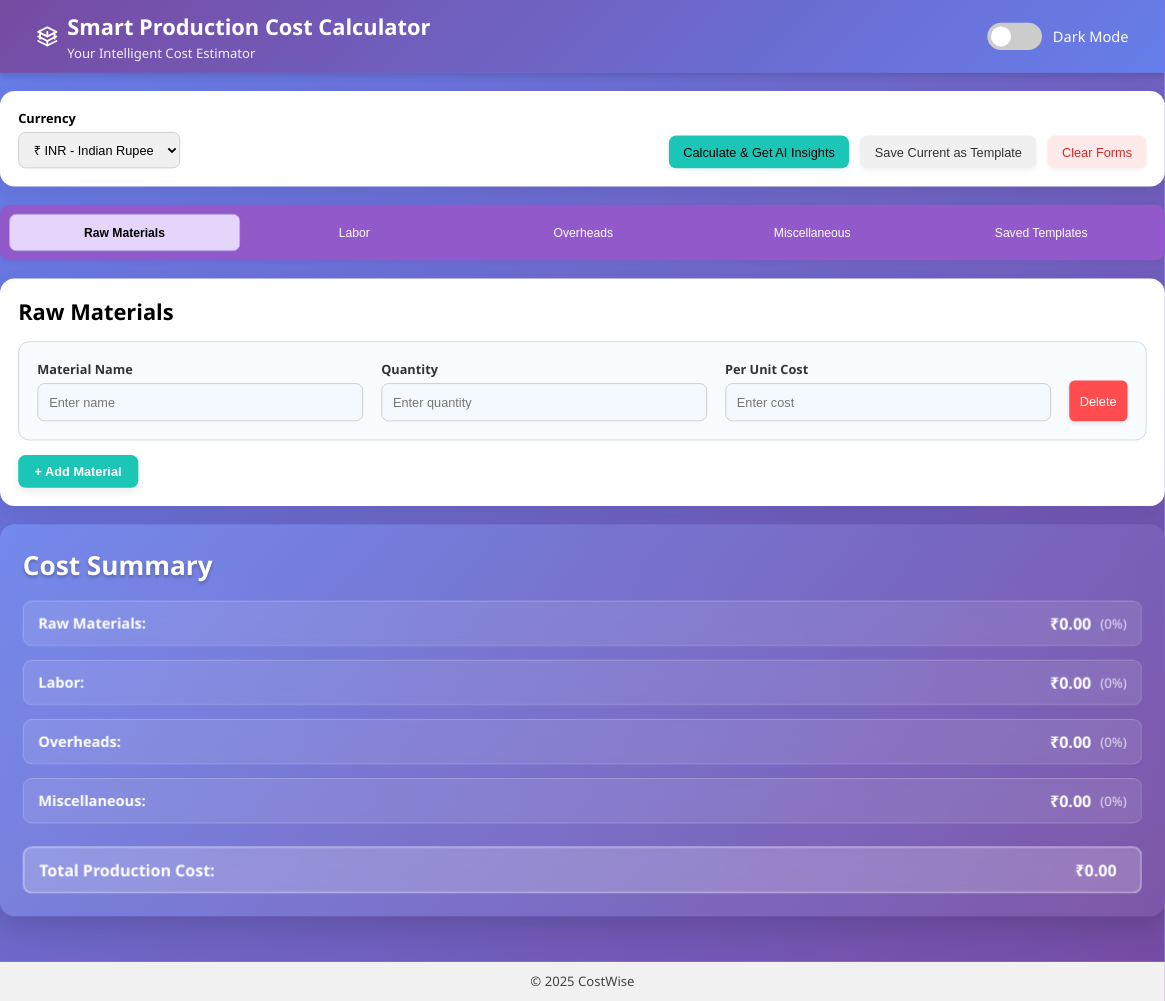
Repository: syntaxion25/COSTWISE
Page: index.html
The author's editor kept a copy of each file at every save. The page is drawn from the files as they stood at one save, then again after the next save.
The browser window is 1280 px wide. The pictures show the whole page, at 91% of full size.

Above is the page before, as saved 2025-06-13 20:41:40.
Console error: ReferenceError: savedTemplates is not defined

### index.html
<!DOCTYPE html>
<html lang="en">

<head>
    <meta charset="UTF-8" />
    <meta name="viewport" content="width=device-width, initial-scale=1.0" />
    <title>CostWise</title>
    <link rel="stylesheet" href="style.css" />
</head>

<body>
    <header>
        <div class="container">
            <div class="header-left">
                <svg xmlns="http://www.w3.org/2000/svg" viewBox="0 0 24 24" fill="none" stroke="currentColor"
                    stroke-width="2" stroke-linecap="round" stroke-linejoin="round" class="h-10 w-10 text-primary">
                    <path d="M12 2L2 7l10 5 10-5-10-5z"></path>
                    <path d="M2 17l10 5 10-5"></path>
                    <path d="M2 12l10 5 10-5"></path>
                    <line x1="12" y1="22" x2="12" y2="17"></line>
                    <line x1="12" y1="12" x2="12" y2="7"></line>
                    <line x1="20" y1="14.5" x2="20" y2="9.5"></line>
                    <line x1="4" y1="14.5" x2="4" y2="9.5"></line>
                </svg>
                <div>
                    <h1>Smart Production Cost Calculator</h1>
                    <p class="slogan">Your Intelligent Cost Estimator</p>
                </div>
            </div>
            <div class="header-right">
                <div class="toggle-container">
                    <label class="switch">
                        <input type="checkbox" id="nightToggle">
                        <span class="slider"></span>
                    </label>
                    <span class="label-text">Dark Mode</span>
                </div>
            </div>
        </div>
    </header>


    <main>
        <div class="card-container">
            <div class="card-header">
                <div class="currency-select">
                    <label for="currency">Currency</label>
                    <select id="currency">
                        <option value="INR">₹ INR - Indian Rupee</option>
                        <option value="EUR">€ EUR - Euro</option>
                        <option value="USD">$ USD - US Dollar</option>
                    </select>
                </div>
                <div class="button-group">
                    <button onclick="calculateAI()" class="btn primary">Calculate & Get AI Insights</button>
                    <button onclick="openSaveModal()" class="btn secondary">Save Current as Template</button>
                    <button onclick="clearForms()" class="btn danger">Clear Forms</button>
                </div>
            </div>
        </div>

        <div class="tab-wrapper">
            <div class="tab-container">
                <button class="tab" data-tab="materials_parent">Raw Materials</button>
                <button class="tab" data-tab="labor_parent">Labor</button>
                <button class="tab" data-tab="overheads_parent">Overheads</button>
                <button class="tab" data-tab="tab4">Miscellaneous</button>
                <button class="tab" data-tab="tab5">Saved Templates</button>
            </div>
        </div>

        <!-- Raw Materials -->
        <div id="materials_parent" class="raw-materials-card">
            <h2>Raw Materials</h2>
            <div class="outlined-wrapper material-block">
                <div class="material-inputs-labeled">
                    <div class="input-group">
                        <label>Material Name</label>
                        <input type="text" placeholder="Enter name" id="material_name" class="material-name" />
                    </div>
                    <div class="input-group">
                        <label>Quantity</label>
                        <input type="number" placeholder="Enter quantity" id="material_quantity"
                            class="material-quantity" />
                    </div>
                    <div class="input-group">
                        <label>Per Unit Cost</label>
                        <input type="number" placeholder="Enter cost" id="material_cost" class="material-cost" />
                    </div>
                    <button onclick="deleteElement(this)" class="delete-btn">Delete</button>
                </div>
            </div>
            <button onclick="createMaterialElement()" class="addbutton">+ Add Material</button>
        </div>

        <!-- Labor -->
        <div id="labor_parent" class="raw-materials-card">
            <h2>Labor Costs</h2>
            <div class="outlined-wrapper labor-block">
                <div class="material-inputs-labeled">
                    <div class="input-group">
                        <label>Hours Worked</label>
                        <input type="number" placeholder="Enter number of hours" id="labor_hours" class="labor-hours" />
                    </div>
                    <div class="input-group">
                        <label>Labor Cost</label>
                        <input type="number" placeholder="Enter the cost of labor" id="labor_cost" class="labor-cost" />
                    </div>
                    <button onclick="deleteElement(this)" class="delete-btn">Delete</button>
                </div>
            </div>
            <button onclick="createLaborElement()" class="addbutton">+ Add Labor</button>
        </div>

        <!-- Overheads -->
        <div id="overheads_parent" class="raw-materials-card">
            <h2>Overheads Costs</h2>
            <div class="outlined-wrapper overhead-block">
                <div class="material-inputs-labeled">
                    <div class="input-group">
                        <label>Expense name</label>
                        <input type="text" placeholder="e.g, electricity, rent" id="overhead_name"
                            class="overhead-name" />
                    </div>
                    <div class="input-group">
                        <label>Quantity/Units</label>
                        <input type="number" placeholder="Enter the quantity" id="overhead_hours"
                            class="overhead-hours" />
                    </div>
                    <div class="input-group">
                        <label>Cost</label>
                        <input type="number" placeholder="Enter the service cost" id="overhead_cost"
                            class="overhead-cost" />
                    </div>
                    <button onclick="deleteElement(this)" class="delete-btn">Delete</button>
                </div>
            </div>
            <button onclick="createOverheadsElement()" class="addbutton">+ Add Overhead</button>
        </div>

        <!-- Miscellaneous -->
        <div id="miscellaneous_parent" class="raw-materials-card">
            <h2>Miscellaneous Costs</h2>
            <div class="outlined-wrapper miscellaneous-block">
                <div class="material-inputs-labeled">
                    <div class="input-group">
                        <label>Total Miscellaneous Costs</label>
                        <input type="number" placeholder="Enter total miscellaneous costs" id="miscellaneous_costs"
                            class="miscellaneous-costs" />
                    </div>
                </div>
            </div>
        </div>

        <!-- Saved Templates -->
        <div id="saved_templates" class="raw-materials-card">
            <h2>Saved Templates</h2>
            <div class="outlined-wrapper saved-templates-block">
                <div class="template-list">
                    <p class="no-templates">No saved templates yet. Create and save a template to see it here.</p>
                </div>
            </div>
        </div>
    </main>

    <footer>
        <p>&copy; 2025 CostWise</p>
    </footer>

    <script src="app.js"></script>
</body>

</html>

### style.css
* {
  margin: 0;
  padding: 0;
  box-sizing: border-box;

}

body {
  font-family: 'Segoe UI', sans-serif;
  background-color: #f8fbff;
  padding-top: 80px;
  /* space for fixed header */
  background: linear-gradient(135deg, #667eea 0%, #764ba2 100%);
}

header {
  position: fixed;
  top: 0;
  width: 100%;
  background: linear-gradient(135deg, #764ba2 0%, #667eea 100%);
  color: white;
  padding: 12px 20px;
  box-shadow: 0 3px 8px rgba(0, 0, 0, 0.15);
  z-index: 1000;
}

.container {
  display: flex;
  justify-content: space-between;
  align-items: center;
  max-width: 1200px;
  margin: 0 auto;
}

.header-left {
  display: flex;
  align-items: center;
  gap: 10px;
}

.logo {
  width: 32px;
  height: 32px;
  stroke: white;
}

.header-left h1 {
  margin: 0;
  font-size: 1.5rem;
  font-weight: 600;
}

.header-right p {
  margin: 0;
  font-size: 0.9rem;
  opacity: 0.9;
  text-align: right;
}

@media (max-width: 600px) {
  .container {
    flex-direction: column;
    align-items: flex-start;
    gap: 8px;
  }

  .header-right p {
    text-align: left;
  }
}

footer {
  margin-top: 50px;
  text-align: center;
  padding: 12px;
  background-color: #f1f1f1;
  font-size: 0.9rem;
  color: #444;
}

/* Card Styles */
.card-container {
  background: #fff;
  padding: 20px;
  margin: 20px auto;
  border-radius: 16px;
  box-shadow: 0 8px 24px rgba(0, 0, 0, 0.08);
  max-width: 1400px;
}

/* Cost Summary Card */
.cost-summary-card {
  background: linear-gradient(135deg, #667eea 0%, #764ba2 100%);
  color: white;
  padding: 25px;
  margin: 20px auto;
  border-radius: 16px;
  box-shadow: 0 12px 32px rgba(0, 0, 0, 0.15);
  max-width: 1400px;
  position: relative;
  overflow: hidden;
}

.cost-summary-card::before {
  content: '';
  position: absolute;
  top: 0;
  left: 0;
  right: 0;
  bottom: 0;
  background: linear-gradient(45deg, rgba(255, 255, 255, 0.1) 0%, rgba(255, 255, 255, 0.05) 100%);
  pointer-events: none;
}

.cost-summary-card h2 {
  margin-bottom: 20px;
  font-size: 1.8rem;
  font-weight: 700;
  text-shadow: 0 2px 4px rgba(0, 0, 0, 0.3);
}

.cost-breakdown {
  display: flex;
  flex-direction: column;
  gap: 15px;
}

.cost-item {
  display: flex;
  justify-content: space-between;
  align-items: center;
  padding: 12px 16px;
  background: rgba(255, 255, 255, 0.1);
  border-radius: 10px;
  backdrop-filter: blur(10px);
  border: 1px solid rgba(255, 255, 255, 0.2);
  transition: all 0.3s ease;
}

.cost-item:hover {
  background: rgba(255, 255, 255, 0.15);
  transform: translateY(-2px);
}

.cost-item.total-cost {
  background: rgba(255, 255, 255, 0.2);
  border: 2px solid rgba(255, 255, 255, 0.3);
  font-weight: 700;
  font-size: 1.1rem;
  margin-top: 10px;
}

.cost-label {
  font-weight: 600;
  flex: 1;
}

.cost-value {
  font-weight: 700;
  font-size: 1.1rem;
  margin-right: 10px;
}

.cost-percentage {
  font-size: 0.9rem;
  opacity: 0.8;
  font-weight: 500;
}

.card-header {
  display: flex;
  flex-wrap: wrap;
  justify-content: space-between;
  align-items: flex-end;
  gap: 20px;
}

/* Currency Dropdown */
.currency-select label {
  display: block;
  font-weight: 600;
  margin-bottom: 6px;
  font-size: 14px;
}

.currency-select select {
  padding: 10px 12px;
  font-size: 14px;
  border: 1px solid #ccc;
  border-radius: 8px;
  background-color: #f0f0f0;
  transition: all 0.2s ease-in-out;
}

.currency-select select:hover {
  border-color: #00ddff;
  background-color: #fff;
  box-shadow: 0 0 4px rgba(28, 198, 182, 0.3);
}

/* Buttons */
.button-group {
  display: flex;
  gap: 12px;
  flex-wrap: wrap;
}

.btn {
  padding: 10px 16px;
  font-size: 14px;
  font-weight: 500;
  border: none;
  border-radius: 8px;
  cursor: pointer;
  transition: all 0.2s ease-in-out;
  box-shadow: 0 2px 6px rgba(0, 0, 0, 0.05);
}

.btn:hover {
  transform: translateY(-2px);
  box-shadow: 0 4px 12px rgba(0, 0, 0, 0.1);
}

.btn.primary {
  background-color: #1cc6b6;
  color: rgb(0, 0, 0);
}

.btn.primary:hover {
  background-color: #00ddff;
}

.btn.secondary {
  background-color: #f0f0f0;
  color: #333;
}

.btn.secondary:hover {
  background-color: #e0e0e0;
}

.btn.danger {
  background-color: #ffeaea;
  color: #d62828;
}

.btn.danger:hover {
  background-color: #ffcccc;
}

svg {
  width: 24px;
  height: 24px;
}

.tab-wrapper {
  max-width: 1400px;
  margin: 20px auto;
}

.tab-container {
  display: flex;
  background-color: #9159c9;
  border-radius: 10px;
  padding: 10px;
  overflow-x: auto;
  box-shadow: 0 2px 8px rgba(0, 0, 0, 0.05);
}

.tab {
  flex: 1;
  background-color: #9159c9;
  padding: 12px 16px;
  text-align: center;
  color: #ffffff;
  font-weight: 500;
  text-decoration: none;
  transition: background-color 0.3s, font-weight 0.3s;
  white-space: nowrap;
  border: none;
}

.tab:hover {
  background-color: #c870e6;
  border-radius: 8px;
}

.tab.active {
  background-color: #e5d5fb;
  font-weight: bold;
  border: 1.5px solid #afa4de;
  color: black;
  border-radius: 8px;
}

.tab.saved-template::before {
  content: "📁";
  margin-right: 6px;
}

.raw-materials-card {
  background: #fff;
  padding: 20px;
  margin: 20px auto;
  width: auto;
  border-radius: 16px;
  box-shadow: 0 8px 24px rgba(0, 0, 0, 0.08);
  max-width: 1400px;
  /* display: none; */
}

.outlined-wrapper {
  border: 1.5px solid #cbd5e1;
  border-radius: 12px;
  padding: 20px;
  margin-top: 16px;
  background-color: #f9fcff;
}

.material-inputs-labeled {
  display: flex;
  gap: 20px;
  flex-wrap: wrap;
}

.input-group {
  display: flex;
  flex-direction: column;
  flex: 1;
  min-width: 200px;
}

.input-group label {
  font-weight: 600;
  margin-bottom: 6px;
  font-size: 14px;
  color: #333;
}

.input-group input {
  padding: 12px;
  border: 1px solid #ccc;
  border-radius: 8px;
  font-size: 14px;
  background-color: #f4f9ff;
  transition: border-color 0.3s, background-color 0.3s;
}

.input-group input:focus {
  border-color: #007bff;
  background-color: #fff;
  outline: none;
}

.addbutton {
  margin-top: 16px;
  padding: 10px 18px;
  font-size: 14px;
  font-weight: 600;
  color: #fff;
  background-color: #1cc6b6;
  border: none;
  border-radius: 8px;
  cursor: pointer;
  transition: background-color 0.3s ease, transform 0.2s;
  box-shadow: 0 4px 10px rgba(0, 0, 0, 0.08);
}

.addbutton:hover {
  background-color: #00bfa6;
  transform: translateY(-2px);
}

.delete-btn {
  background-color: #ff4d4f;
  color: white;
  border: none;
  border-radius: 6px;
  padding: 8px 12px;
  font-size: 14px;
  cursor: pointer;
  transition: background-color 0.2s ease, transform 0.2s;
  margin-top: 22px;
  box-shadow: 0 2px 6px rgba(0, 0, 0, 0.1);
}

.delete-btn:hover {
  background-color: #e60000;
  transform: scale(1.05);
}

/* ========== NIGHT MODE ========== */
body.dark-mode {
  background-color: #121212;
  color: #e0e0e0;
}

body.dark-mode header {
  background-color: #1f1f1f;
  color: white;
}

body.dark-mode .logo {
  stroke: white;
}

body.dark-mode footer {
  background-color: #1f1f1f;
  color: #ccc;
}

body.dark-mode .card-container,
body.dark-mode .raw-materials-card,
body.dark-mode .outlined-wrapper {
  background-color: #1e1e1e;
  border-color: #333;
  color: #e0e0e0;
}

body.dark-mode .cost-summary-card {
  background: linear-gradient(135deg, #2d3748 0%, #4a5568 100%);
  color: #e2e8f0;
}

body.dark-mode .cost-item {
  background: rgba(255, 255, 255, 0.05);
  border: 1px solid rgba(255, 255, 255, 0.1);
}

body.dark-mode .cost-item:hover {
  background: rgba(255, 255, 255, 0.1);
}

body.dark-mode .cost-item.total-cost {
  background: rgba(255, 255, 255, 0.1);
  border: 2px solid rgba(255, 255, 255, 0.2);
}

body.dark-mode .tab-container {
  background-color: #2c2c2c;
}

body.dark-mode .tab {
  background-color: #2c2c2c;
  color: #a0c4ff;
}

body.dark-mode .tab:hover {
  background-color: #444;
}

body.dark-mode .tab.active {
  background-color: #333;
  border-color: #555;
}

body.dark-mode input,
body.dark-mode select {
  background-color: #2c2c2c;
  color: #f0f0f0;
  border: 1px solid #555;
}

body.dark-mode input::placeholder,
body.dark-mode select::placeholder {
  color: #aaa;
}


body.dark-mode .btn,
body.dark-mode .addbutton {
  background-color: #333;
  color: #fff;
  border-color: #444;
}

body.dark-mode .btn.primary {
  background-color: #007bff;
  color: white;
}

body.dark-mode .btn.secondary {
  background-color: #444;
  color: #fff;
}

body.dark-mode .btn.danger {
  background-color: #a32020;
  color: white;
}

body.dark-mode .delete-btn {
  background-color: #cc0000;
}

body.dark-mode .delete-btn:hover {
  background-color: #ff1a1a;
}

.tab-content {
  display: none;
  max-width: 1400px;
  margin: 20px auto;
}

.tab-content.active {
  display: block;
}

.theme-toggle-wrapper {
  position: fixed;
  top: 16px;
  right: 16px;
  z-index: 1001;
}

.dark-toggle {
  font-size: 1.2rem;
  background: none;
  border: none;
  color: white;
  cursor: pointer;
}

.toggle-container {
  display: flex;
  align-items: center;
  gap: 12px;
}

.switch {
  position: relative;
  display: inline-block;
  width: 60px;
  height: 30px;
}

.switch input {
  opacity: 0;
  width: 0;
  height: 0;
}

.slider {
  position: absolute;
  top: 0;
  left: 0;
  right: 0;
  bottom: 0;
  background-color: #ccc;
  border-radius: 34px;
  transition: background-color 0.4s;
  cursor: pointer;
}

.slider::before {
  content: "";
  position: absolute;
  height: 22px;
  width: 22px;
  left: 4px;
  bottom: 4px;
  background-color: white;
  border-radius: 50%;
  transition: transform 0.4s;
}

/* Toggle ON */
input:checked+.slider {
  background-color: #4a4a4a;
}

input:checked+.slider::before {
  transform: translateX(30px);
}

/* Responsive Design for Cost Summary */
@media (max-width: 768px) {
  .cost-item {
    flex-direction: column;
    text-align: center;
    gap: 8px;
  }

  .cost-label,
  .cost-value,
  .cost-percentage {
    margin: 0;
  }

  .cost-summary-card {
    margin: 15px;
    padding: 20px;
  }

  .cost-summary-card h2 {
    font-size: 1.5rem;
  }
}

/* Slogan under title */
.slogan {
  font-size: 0.9rem;
  opacity: 0.9;
  margin-top: 4px;
}

/* Adjust for mobile */
@media (max-width: 600px) {
  .header-left {
    flex-direction: column;
    align-items: flex-start;
  }

  .slogan {
    text-align: left;
  }

  .header-right {
    width: 100%;
    display: flex;
    justify-content: flex-end;
  }

  .toggle-container {
    justify-content: flex-end;
    width: 100%;
  }
}

/* Updated Dark Mode Gradient */
body.dark-mode header {
  background: linear-gradient(135deg, #2c2c2c 0%, #434343 100%);
}

body.dark-mode .input-group label {
  color: #ffffff;
}

Loaded but not shown: app.js (595 lines, source omitted)

After the next save:
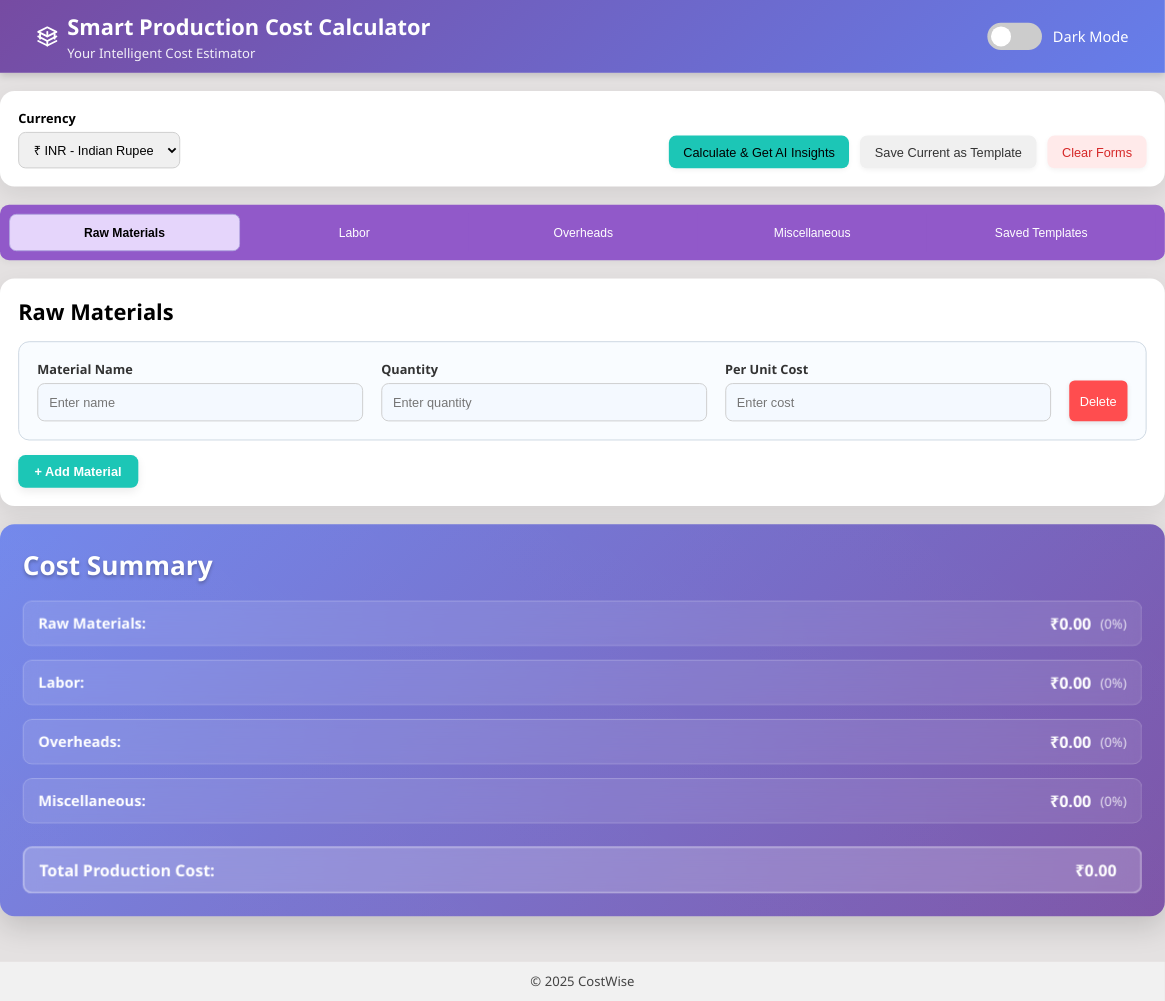
Saved 58 s later.
--- a/style.css
+++ b/style.css
@@ -10,7 +10,7 @@ body {
   background-color: #f8fbff;
   padding-top: 80px;
   /* space for fixed header */
-  background: linear-gradient(135deg, #667eea 0%, #764ba2 100%);
+  background-color:rgb(228, 225, 225)
 }
 
 header {
